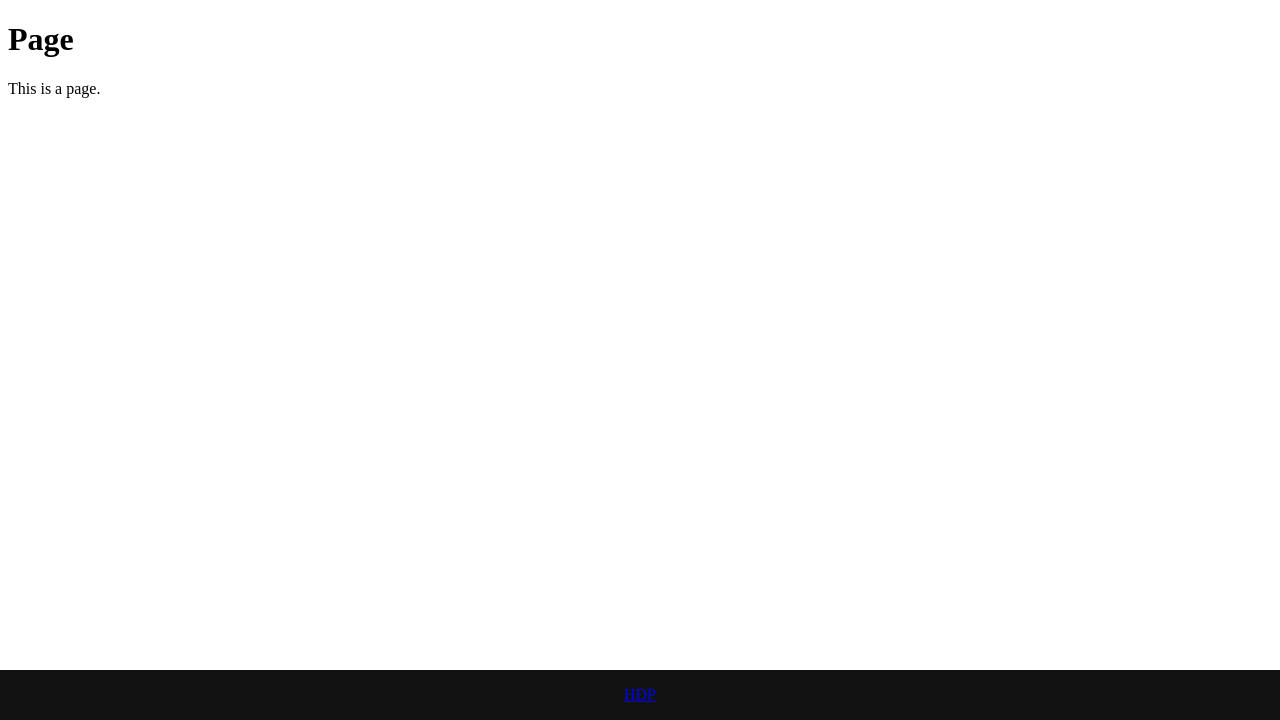
Repository: NubbDev/anime-frontend
Page: /
The author's editor kept a copy of each file at every save. The page is drawn from the files as they stood at one save, then again after the next save.
The browser window is 1280 px wide. The pictures show the whole page.
The project was rebuilt for these pictures with package versions that can differ from the ones it lists, and the page was loaded fresh each time. The framework's server and built-in components were replaced by stand-ins that run in the browser. Also part of the build but not shown: svelte.config.js, vite.config.js.

Above is the page before, as saved 2024-08-08 00:09:16.

### src/app.html
<!doctype html>
<html lang="en">
  <head>
    <meta charset="utf-8" />
    <link rel="icon" href="%sveltekit.assets%/favicon.png" />
    <link rel="stylesheet" href="%sveltekit.assets%/style/global.css" />
    <meta name="viewport" content="width=device-width, initial-scale=1" />
    <title>Tauri + SvelteKit + Typescript App</title>
    %sveltekit.head%
  </head>
  <body data-sveltekit-preload-data="hover">
    <div style="display: contents">%sveltekit.body%</div>
  </body>
</html>

### src/routes/+page.svelte
<script lang="ts">
 //http://localhost:1420
</script>

<main>
  <h1>Page</h1>
  <p>This is a page.</p>

  <nav>
    <ul>
      <li><a href="/">H</a></li>
      <li><a href="/downloads">D</a></li>
      <li><a href="/profile">P</a></li>
    </ul>
  </nav>
</main>

<style>
  nav {
    display: flex;
    justify-content: center;
    position: fixed;
    bottom: 0;
    left: 0;
    margin: 0;
    width: 100vw;
    background-color: var(--background);
    backdrop-filter: 16;
  }

  nav ul {
    display: flex;
    list-style-type: none;
    padding: 0;
  }

  nav ul li {

  }
</style>

### static/style/global.css
body {
    --background: #121212;
    --primary: #0084FF;
    --headings: #FFFFFF;
    --sub-text: rgba(255, 255, 255, 75%);
    --icon-unselected: rgba(255, 255, 255, 75%);

}

Loaded but not shown: src/routes/+layout.ts (common file)

After the next save:
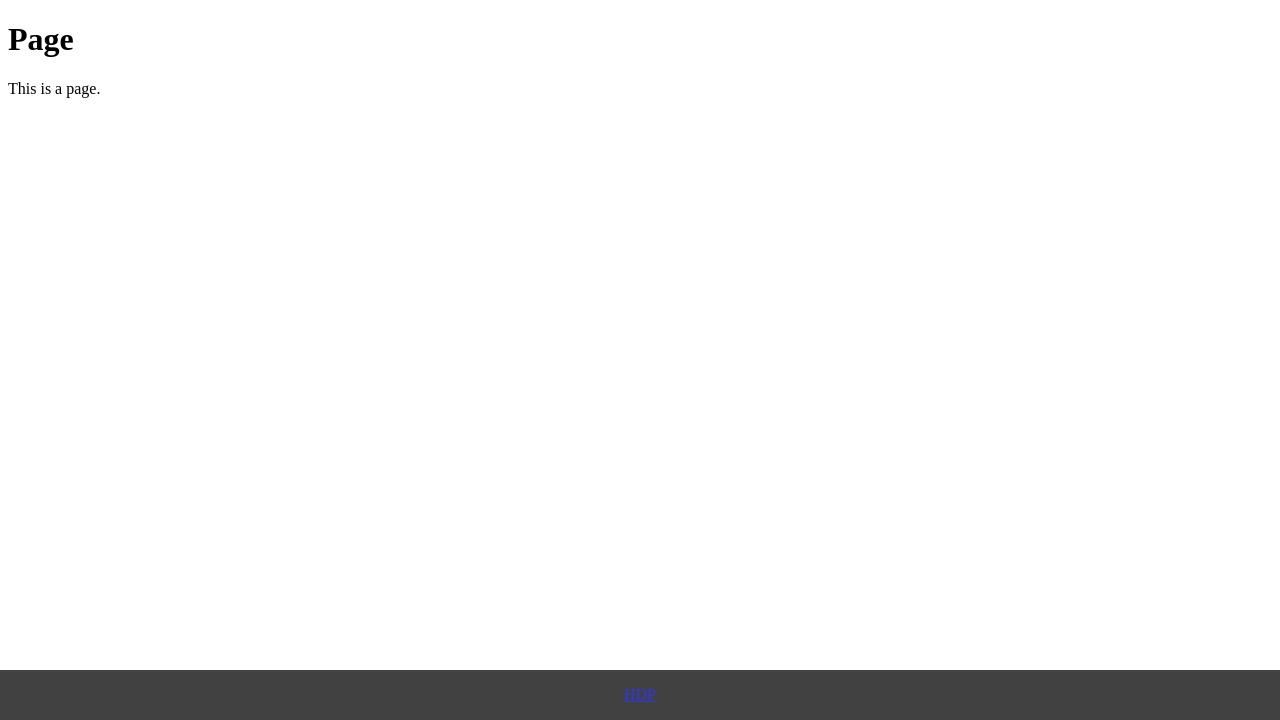
Saved 6 s later.
--- a/src/routes/+page.svelte
+++ b/src/routes/+page.svelte
@@ -25,6 +25,7 @@
     margin: 0;
     width: 100vw;
     background-color: var(--background);
+    opacity: 0.8;
     backdrop-filter: 16;
   }
 
